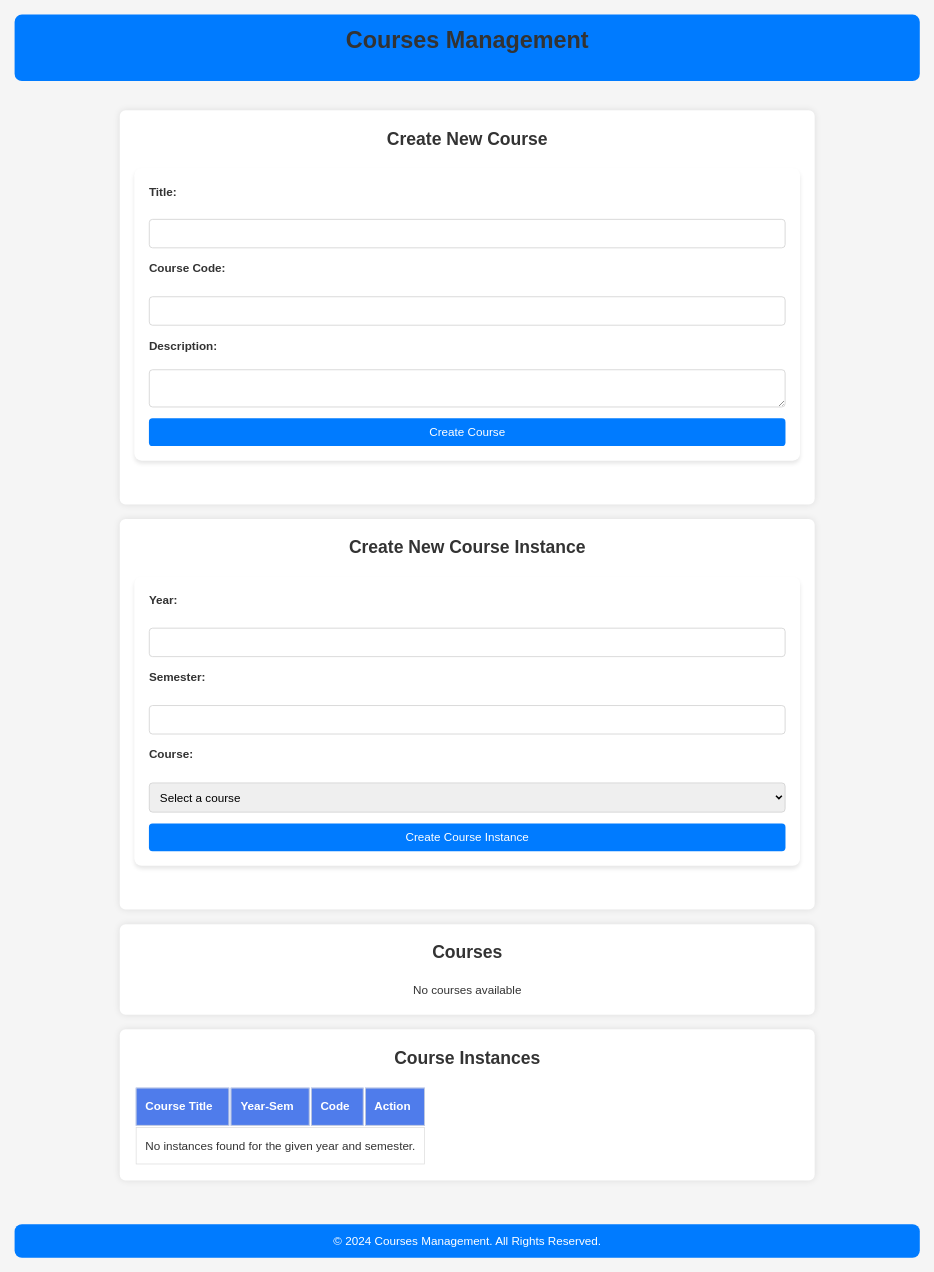
Repository: Rajdeep00-bit/Course_frontend
Page: /
An editor plug-in stored every save of this project. The page is shown before and after the next save, followed by the edit.
The browser window is 1280 px wide. The pictures show the whole page, at 73% of full size.
The page's requests for data from a server got no answer. The project was rebuilt for these pictures with package versions that can differ from the ones it lists, and the page was loaded fresh each time. No one was signed in, and anything a server would have sent is missing. Also part of the build but not shown: src/components/CourseInstanceDetails.js.

Above is the page before, as saved 2024-09-12 10:31:11.

After the next save:
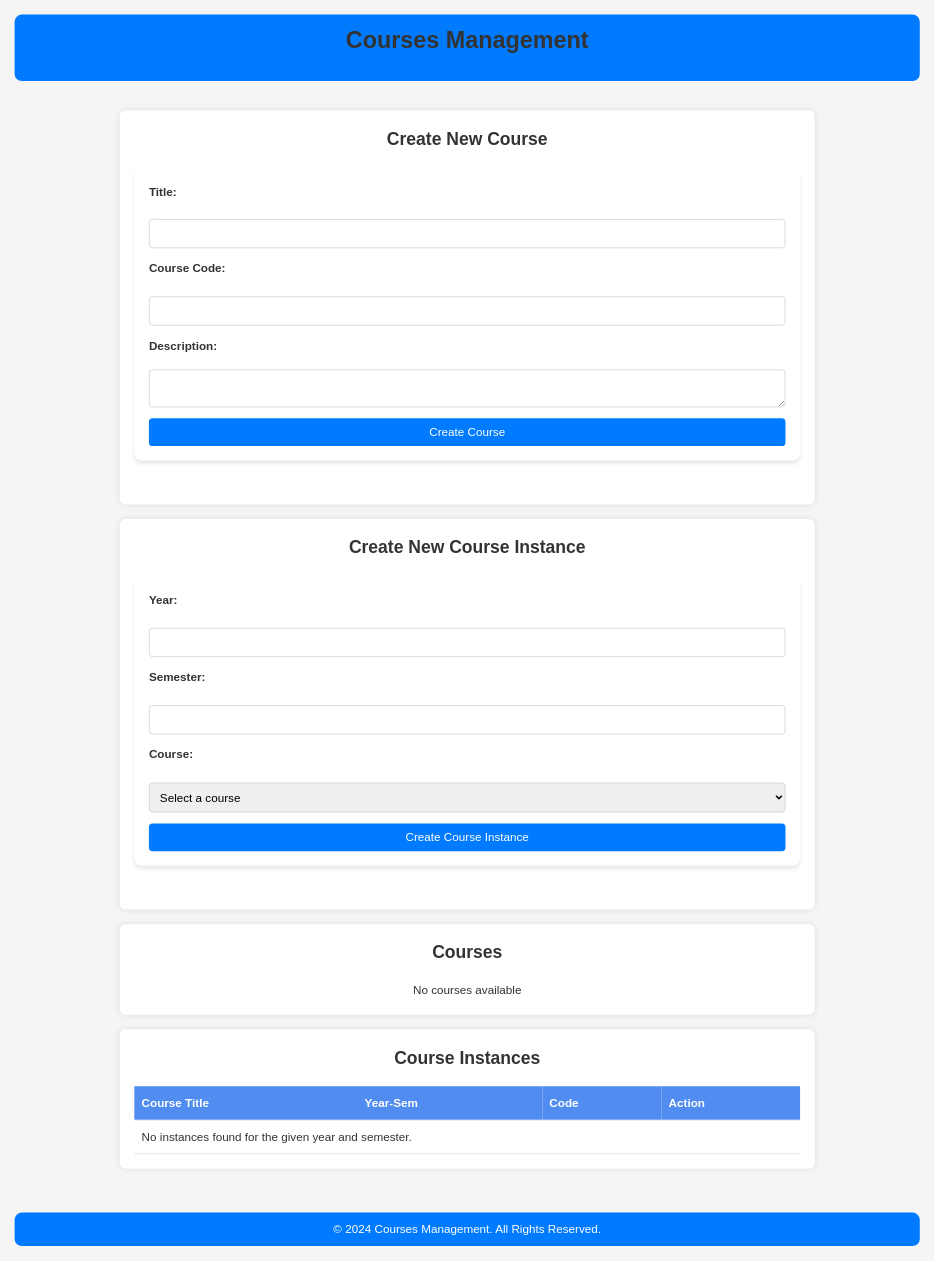
Saved 13 s later.
--- a/src/App.css
+++ b/src/App.css
@@ -95,53 +95,46 @@ ul li button {
 .course-details h3 {
   margin-bottom: 10px;
 }.
-course-instance-list table {
+.course-instance-list {
+  margin: 20px auto;
+  width: 80%;
+}
+
+table {
   width: 100%;
   border-collapse: collapse;
-  font-family: Arial, sans-serif;
 }
 
-.course-instance-list th,
-.course-instance-list td {
-  padding: 12px;
-  border: 1px solid #ddd;
-  text-align: left;
+thead {
+  background-color: #518cf0;
+  color: white;
 }
 
-.course-instance-list th {
-  background-color: #4f7ceb;
-  color: white;
-  font-weight: bold;
+th, td {
+  padding: 10px;
+  text-align: left;
+  border-bottom: 1px solid #ddd;
 }
 
-.course-instance-list tr:nth-child(even) {
+tbody tr:nth-child(even) {
   background-color: #f9f9f9;
 }
 
-.course-instance-list button {
-  background: none;
+.action-btn {
+  background-color: transparent;
   border: none;
   cursor: pointer;
-  padding: 5px;
+  margin-right: 10px;
+  font-size: 18px;
 }
 
-.course-instance-list button:hover {
-  color: #4f7ceb;
+.action-btn:hover {
+  color: #518cf0;
 }
 
-.course-instance-list button:focus {
-  outline: none;
+.selected-instance-details {
+  margin-top: 20px;
+  background-color: #f0f8ff;
+  padding: 15px;
+  border-radius: 5px;
 }
-
-.course-instance-list td {
-  vertical-align: middle;
-  text-align: center;
-}
-
-.course-instance-list .fa-trash {
-  color: red;
-}
-
-.course-instance-list .fa-search {
-  color: green;
-}
